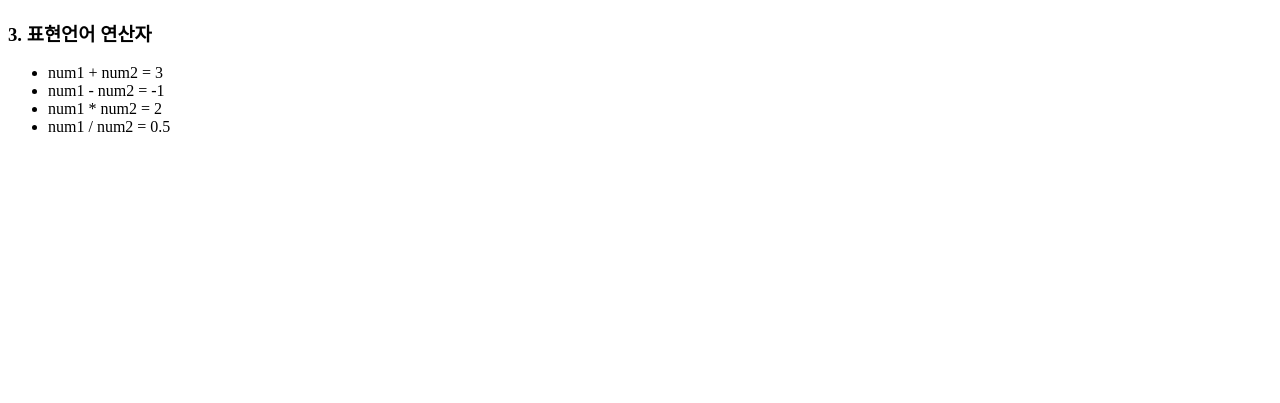
Repository: donghobu/JSP
Page: http://localhost/Ch11/11-3.jsp
An editor plug-in stored every save of this project. The page is shown before and after the next save, followed by the edit.
The browser window is 1280 px wide. The pictures show the whole page.
The page is served by Tomcat 9.

Above is the page before, as saved 2020-07-13 01:32:30.

### Ch11/WebContent/11-3.jsp
<%@ page language="java" contentType="text/html; charset=EUC-KR"
    pageEncoding="EUC-KR"%>
<!DOCTYPE html>
<html>
<head>
<meta charset="EUC-KR">
<title>11-3</title>
</head>
<body>
	<h3>3. 표현언어 연산자</h3>
	<%
		String str1 = null;
		String str2 = "";
		String str3 = "Hello";

		int num1 = 1;
		int num2 = 2;

		request.setAttribute("str1", str1);
		request.setAttribute("str2", str2);
		request.setAttribute("str3", str3);
		request.setAttribute("num1", num1);
		request.setAttribute("num2", num2);
	%>
	<ul>
		<li>num1 + num2 = ${num1 + num2}</li>
		<li>num1 - num2 = ${num1 - num2}</li>
		<li>num1 * num2 = ${num1 * num2}</li>
		<li>num1 / num2 = ${num1 / num2}</li>

	</ul>

</body>
</html>

After the next save:
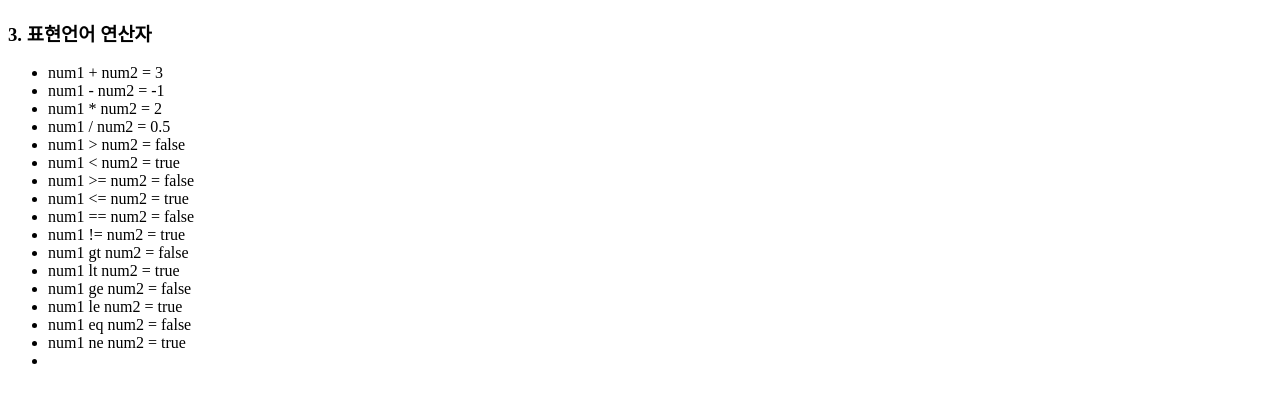
Saved 4 min 42 s later.
--- a/Ch11/WebContent/11-3.jsp
+++ b/Ch11/WebContent/11-3.jsp
@@ -28,6 +28,22 @@
 		<li>num1 * num2 = ${num1 * num2}</li>
 		<li>num1 / num2 = ${num1 / num2}</li>
 
+		<li>num1 > num2 = ${num1 > num2}</li>
+		<li>num1 < num2 = ${num1 < num2}</li>
+		<li>num1 >= num2 = ${num1 >= num2}</li>
+		<li>num1 <= num2 = ${num1 <= num2}</li>
+		<li>num1 == num2 = ${num1 == num2}</li>
+		<li>num1 != num2 = ${num1 != num2}</li>
+
+		<li>num1 gt num2 = ${num1 gt num2}</li>
+		<li>num1 lt num2 = ${num1 lt num2}</li>
+		<li>num1 ge num2 = ${num1 ge num2}</li>
+		<li>num1 le num2 = ${num1 le num2}</li>
+		<li>num1 eq num2 = ${num1 eq num2}</li>
+		<li>num1 ne num2 = ${num1 ne num2}</li>
+
+		<li></li>
+
 	</ul>
 
 </body>
